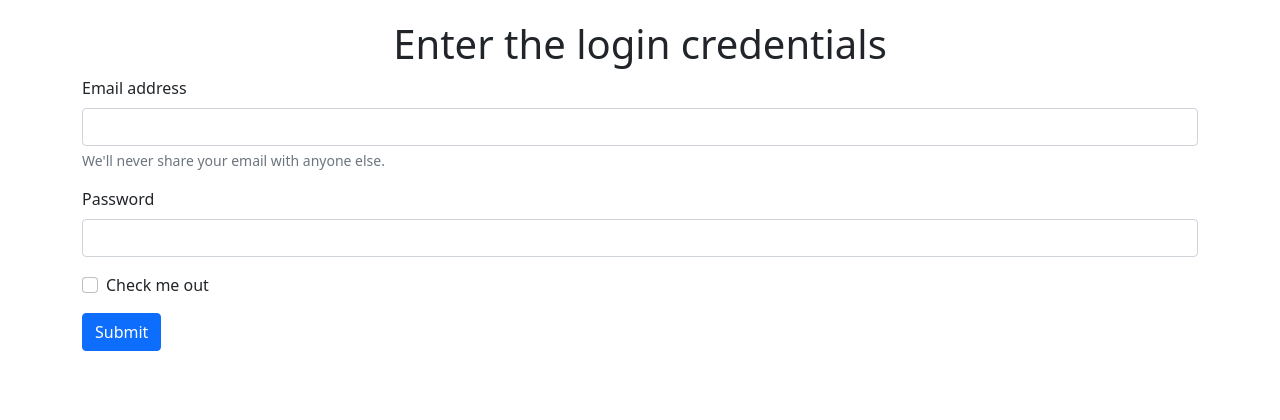
Repository: Senyadt2/Projects-On-Java
Page: http://localhost/EmployeeRegistrationSystem/
These files come from the project's save history. The page is drawn as it stood at one moment and after the next save; the edit follows.
The browser window is 1280 px wide. The pictures show the whole page.
The page is served by Tomcat 9.

Above is the page before, as saved 2024-03-26 05:04:47.

After the next save:
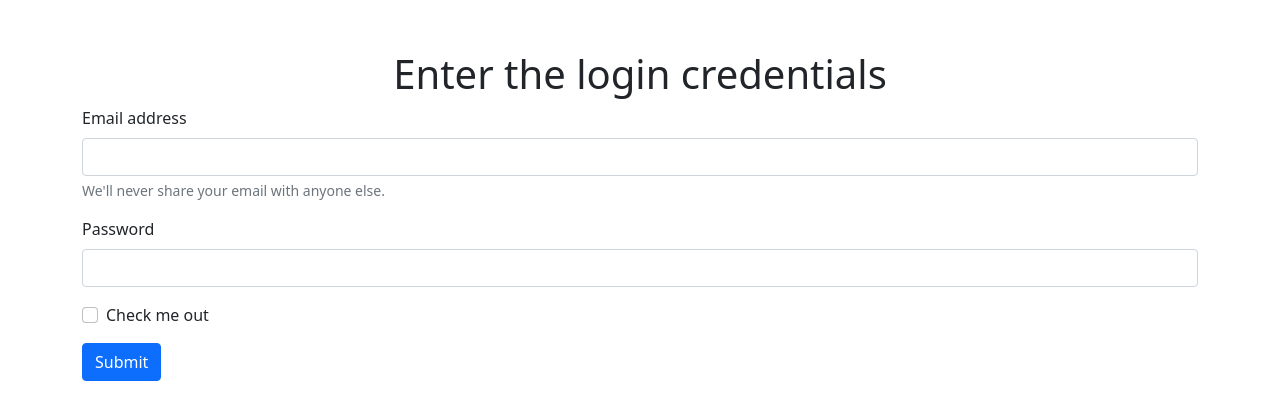
Saved 7 s later.
--- a/EmployeeRegistrationSystem/src/main/webapp/index.jsp
+++ b/EmployeeRegistrationSystem/src/main/webapp/index.jsp
@@ -22,7 +22,7 @@
 <body>
 
 	<div class="container">
-	<h1 style="text-align:center;padding-top:20px">Enter the login credentials</h1>
+	<h1 style="text-align:center;padding-top:50px">Enter the login credentials</h1>
 		<form>
 			<div class="mb-3">
 				<label for="exampleInputEmail1" class="form-label">Email
